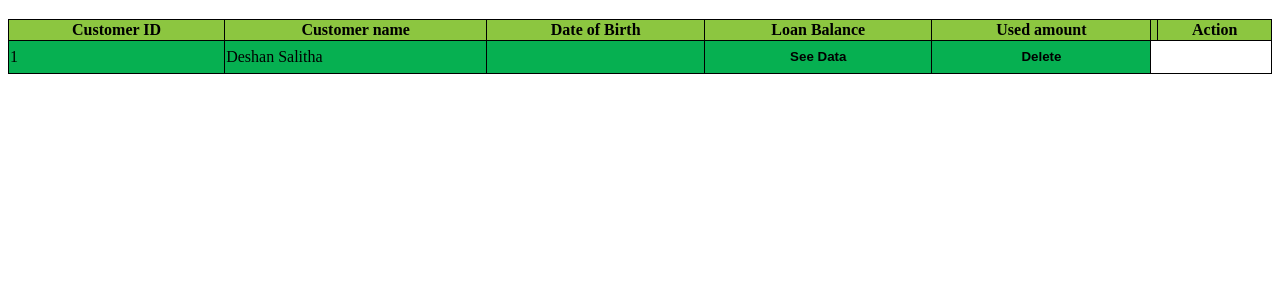
Repository: developerks611/loanweb
Page: http://localhost/loan-web/viewcustomers.jsp
An editor plug-in stored every save of this project. The page is shown before and after the next save, followed by the edit.
The browser window is 1280 px wide. The pictures show the whole page.
The page is served by Tomcat 9.

Above is the page before, as saved 2023-03-10 10:38:08.

After the next save:
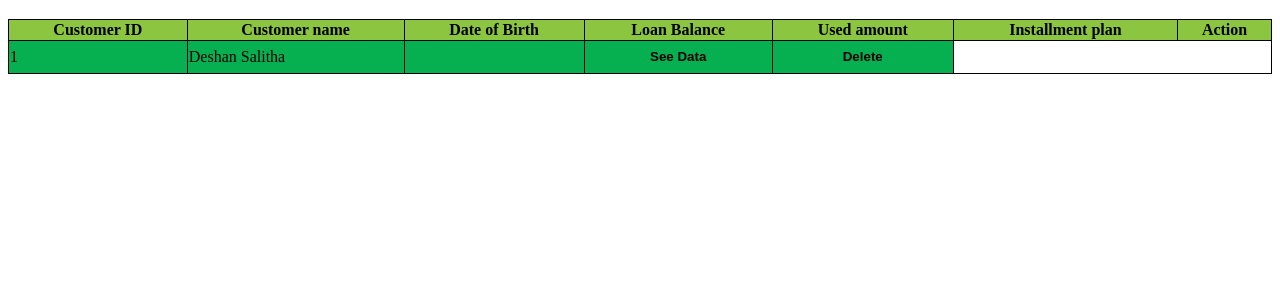
Saved 6 s later.
--- a/loan-web/src/main/webapp/viewcustomers.jsp
+++ b/loan-web/src/main/webapp/viewcustomers.jsp
@@ -43,7 +43,7 @@ background-color:#06B051;
     <th>Date of Birth</th>
      <th>Loan Balance</th>
      <th>Used amount</th>
-     <th></th>
+     <th>Installment plan </th>
     <th colspan="2">Action</th>
   </tr>
 
